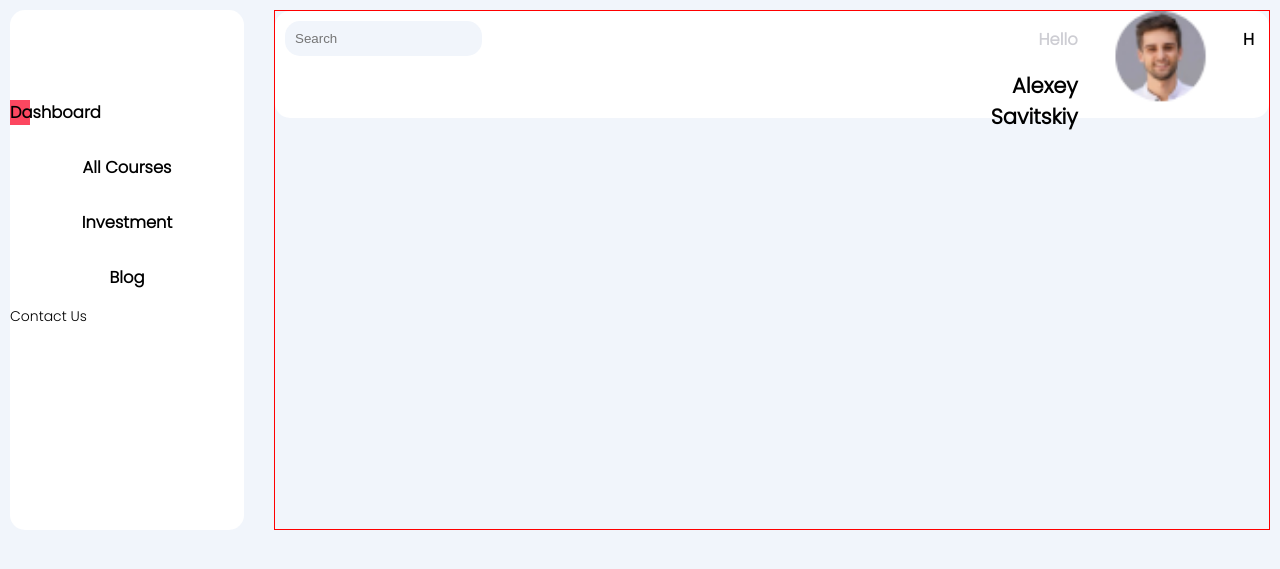
Repository: Anuruddha00/dashboard-design
Page: /
The author's editor kept a copy of each file at every save. The page is drawn from the files as they stood at one save, then again after the next save.
The browser window is 1280 px wide. The pictures show the whole page.
The project was rebuilt for these pictures with package versions that can differ from the ones it lists, and the page was loaded fresh each time.

Above is the page before, as saved 2021-05-07 00:37:07.

After the next save:
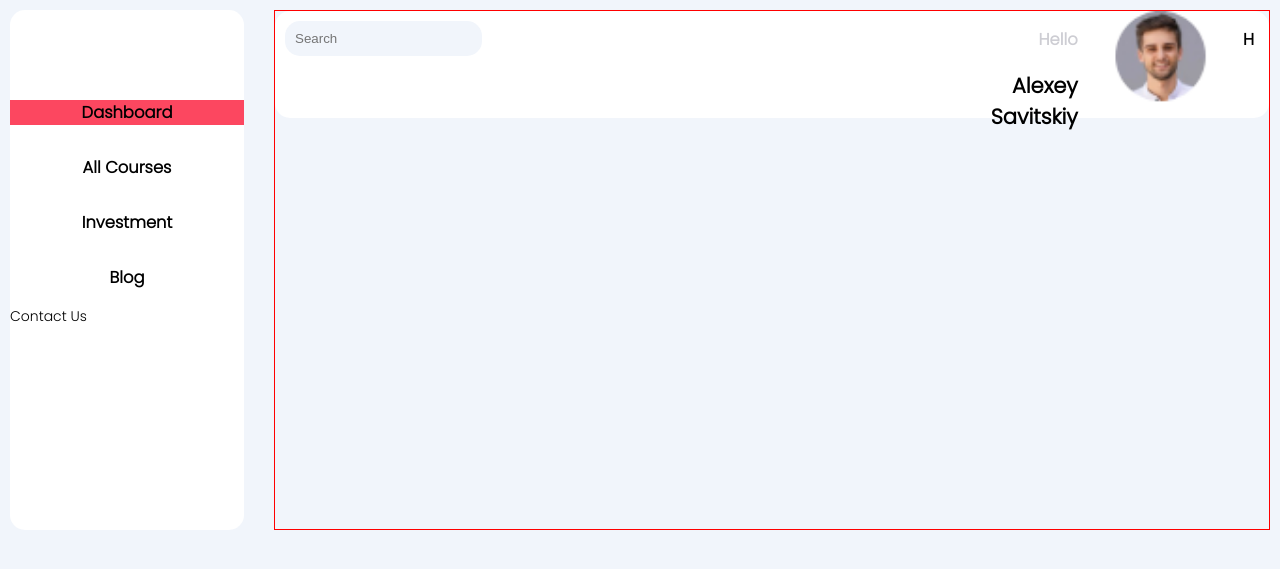
Saved 27 s later.
--- a/src/containers/Dashboard/Dashboard.scss
+++ b/src/containers/Dashboard/Dashboard.scss
@@ -29,8 +29,8 @@
 
                 &Dashboard{
                     background:#fc4760 ;
-                    width: 20px;
 
+                    text-align: center;
                 }
                 h3{
                     text-align: center;

After the save that followed:
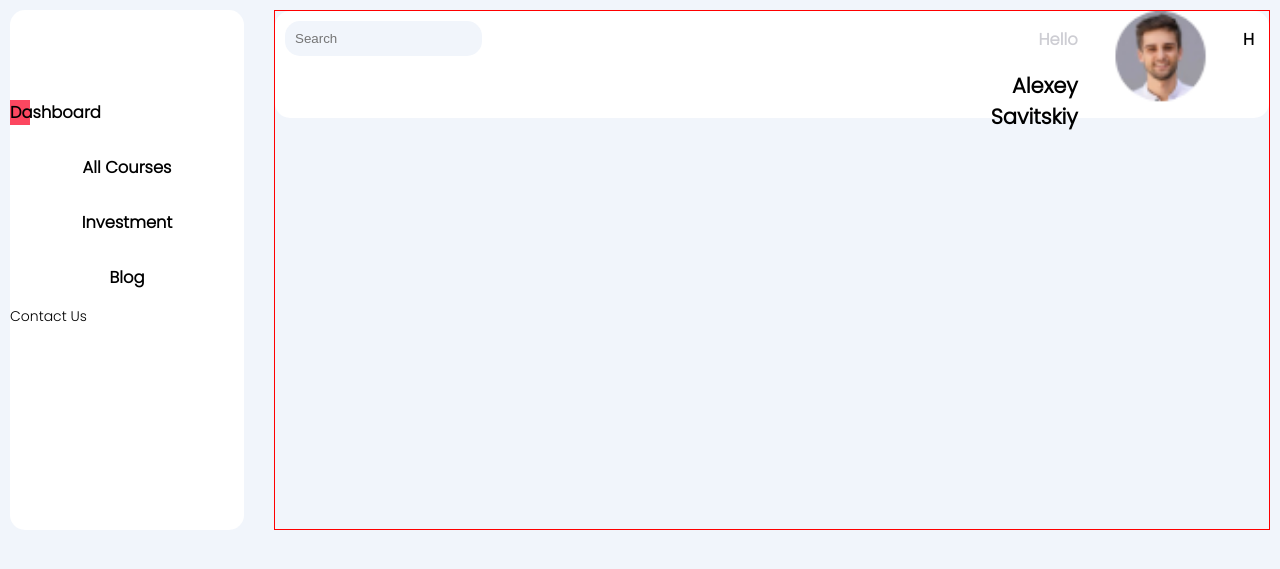
Saved 9 s later.
--- a/src/containers/Dashboard/Dashboard.scss
+++ b/src/containers/Dashboard/Dashboard.scss
@@ -29,7 +29,7 @@
 
                 &Dashboard{
                     background:#fc4760 ;
-
+                    width: 20px;
                     text-align: center;
                 }
                 h3{
